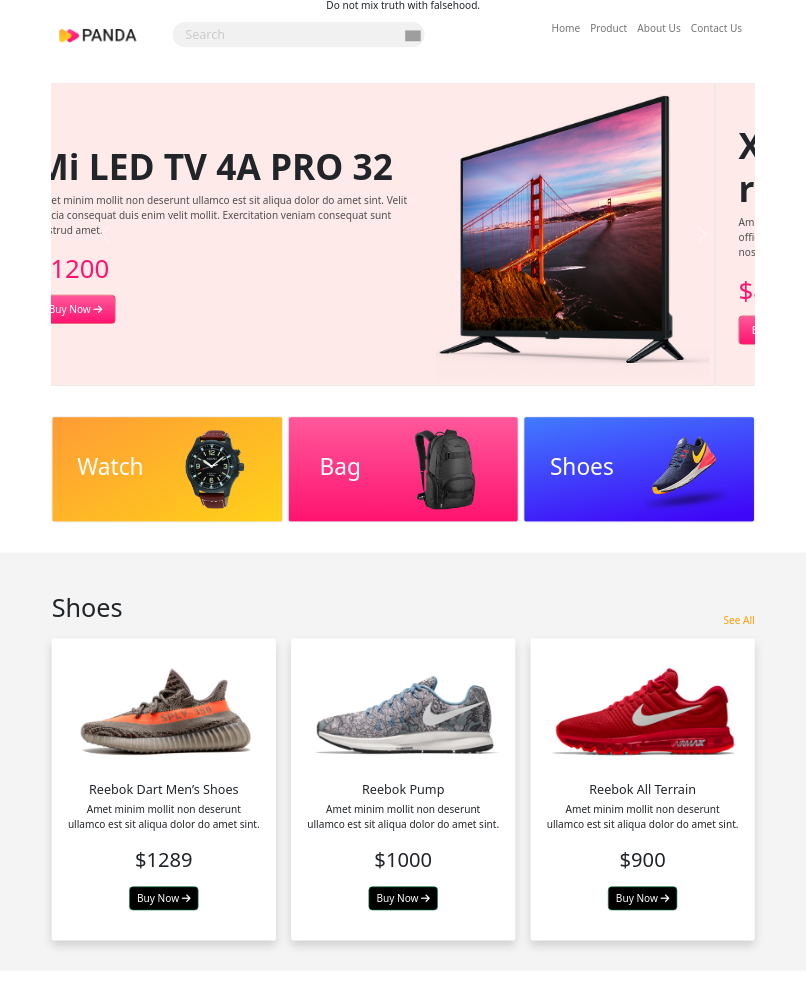
Repository: zjria/panda-e-commerce-
Page: index.html
The author's editor kept a copy of each file at every save. The page is drawn from the files as they stood at one save, then again after the next save.
The browser window is 1280 px wide. The pictures show the whole page, at 63% of full size.
Pictures or frames that could not be fetched are drawn as grey boxes.

Above is the page before, as saved 2022-10-04 10:11:43.

### index.html
<!DOCTYPE html>
<html lang="en">

<head>
    <meta charset="UTF-8">
    <meta http-equiv="X-UA-Compatible" content="IE=edge">
    <meta name="viewport" content="width=device-width, initial-scale=1.0">
    <title>Panda E-Commerce Bootstrap</title>
    <!-- Bootstrap CSS Link -->
    <link href="https://cdn.jsdelivr.net/npm/bootstrap@5.0.2/dist/css/bootstrap.min.css" rel="stylesheet"
        integrity="sha384-EVSTQN3/azprG1Anm3QDgpJLIm9Nao0Yz1ztcQTwFspd3yD65VohhpuuCOmLASjC" crossorigin="anonymous">
    <!-- Font Awesome CDN Link -->
    <link rel="stylesheet" href="https://cdnjs.cloudflare.com/ajax/libs/font-awesome/6.2.0/css/all.min.css"
        integrity="sha512-xh6O/CkQoPOWDdYTDqeRdPCVd1SpvCA9XXcUnZS2FmJNp1coAFzvtCN9BmamE+4aHK8yyUHUSCcJHgXloTyT2A=="
        crossorigin="anonymous" referrerpolicy="no-referrer" />
    <!-- Custom CSS -->
    <link rel="stylesheet" href="style.css">


</head>

<body>

    <h6 class="text-center">Do not mix truth with falsehood.</h6>

    <!-- Header Section Start -->

    <header class="container">
        <nav class="navbar navbar-expand-lg navbar-light bg-white">
            <div class="container">
                <a class="navbar-brand" href="#"> <img src="images/logo.png" class="img-fluid w-75"
                        alt="Header_logo"></a>

                <button class="navbar-toggler" type="button" data-bs-toggle="collapse"
                    data-bs-target="#navbarSupportedContent" aria-controls="navbarSupportedContent"
                    aria-expanded="false" aria-label="Toggle navigation">
                    <span class="navbar-toggler-icon"></span>
                </button>

                <form action="" class="d-flex search-bar">
                    <input type="text" placeholder="Search" name="q">
                    <button type="submit"><img class="img-fluid" src="images/search.png" alt=""></button>
                </form>


                <div class="collapse navbar-collapse pt-0" id="navbarSupportedContent">
                    <ul class="navbar-nav mb-2 mb-lg-0">
                        <li class="nav-item">
                            <a class="nav-link" href="#">Home</a>
                        </li>
                        <li class="nav-item">
                            <a class="nav-link" href="#">Product</a>
                        </li>
                        <li class="nav-item">
                            <a class="nav-link" href="#">About Us</a>
                        </li>
                        <li class="nav-item">
                            <a class="nav-link" href="#">Contact Us</a>
                        </li>
                    </ul>
                </div>
            </div>
        </nav>

        <!-- Slide Section Start -->
        <div id="carouselExampleControls" class="carousel slide mt-5" data-bs-ride="carousel">
            <div class="carousel-inner">
                <div class="carousel-item active border rounded slide-bg-color">
                    <div class="row">
                        <div class="col-lg-7 ps-5 d-flex align-items-center">
                            <div class="text-degain">
                                <h1>Mi LED TV 4A PRO 32</h1>
                                <p class="pb-2">Amet minim mollit non deserunt ullamco est sit aliqua dolor do amet
                                    sint. Velit
                                    officia
                                    consequat duis enim velit mollit. Exercitation veniam consequat sunt nostrud amet.
                                </p>
                                <h2 class="pb-2">$1200</h2>
                                <button class="btn btn-danger">Buy Now <i class="fa-solid fa-arrow-right"></i></button>
                            </div>
                        </div>
                        <div class="col-lg-5 images-fixed">
                            <img src="images/banner-images/tv.png" class="d-block w-100 p-2" alt="...">
                        </div>
                    </div>
                </div>
                <div class="carousel-item border rounded slide-bg-color">
                    <div class="row">
                        <div class="col-lg-7 ps-5 d-flex align-items-center">
                            <div class="text-degain">
                                <h1>X-Box for your living room</h1>
                                <p class="pb-2">Amet minim mollit non deserunt ullamco est sit aliqua dolor do amet
                                    sint. Velit
                                    officia
                                    consequat duis enim velit mollit. Exercitation veniam consequat sunt nostrud amet.
                                </p>
                                <h2 class="pb-2">$820</h2>
                                <button class="btn btn-danger">Buy Now <i class="fa-solid fa-arrow-right"></i></button>
                            </div>
                        </div>
                        <div class="col-lg-5 images-fixed">
                            <img src="images/banner-images/xbox.png" class="d-block w-100 p-2" alt="...">
                        </div>
                    </div>
                </div>
                <div class="carousel-item border rounded slide-bg-color">
                    <div class="row">
                        <div class="col-lg-7 ps-5 d-flex align-items-center">
                            <div class="text-degain">
                                <h1>Coll Dude Headphone</h1>
                                <p class="pb-2">Amet minim mollit non deserunt ullamco est sit aliqua dolor do amet
                                    sint. Velit
                                    officia
                                    consequat duis enim velit mollit. Exercitation veniam consequat sunt nostrud amet.
                                </p>
                                <h2 class="pb-2">$420</h2>
                                <button class="btn btn-danger">Buy Now <i class="fa-solid fa-arrow-right"></i></button>
                            </div>
                        </div>
                        <div class="col-lg-5 images-fixed">
                            <img src="images/banner-images/headphone.png" class="d-block w-100 p-2" alt="...">
                        </div>
                    </div>
                </div>
            </div>
            <button class="carousel-control-prev" type="button" data-bs-target="#carouselExampleControls"
                data-bs-slide="prev">
                <span class="carousel-control-prev-icon" aria-hidden="true"></span>
                <span class="visually-hidden">Previous</span>
            </button>
            <button class="carousel-control-next" type="button" data-bs-target="#carouselExampleControls"
                data-bs-slide="next">
                <span class="carousel-control-next-icon" aria-hidden="true"></span>
                <span class="visually-hidden">Next</span>
            </button>
        </div>
    </header>


    <!-- Main Section Start -->
    <main class="my-5">
        <div class="container">
            <div class="row g-2">
                <div class="col-12 col-md-6 col-lg-4">
                    <div class="p-3 border rounded-3 background-color-one categories d-flex justify-content-around">
                        <h3 class="text-white">Watch</h3>
                        <img src="images/categories/watch.png" alt="">
                    </div>
                </div>
                <div class="col-12 col-md-6 col-lg-4">
                    <div class="p-3 border rounded-3 background-color-tow categories d-flex justify-content-around">
                        <h3 class="text-white">Bag</h3>
                        <img src="images/categories/bag.png" alt="">
                    </div>
                </div>
                <div class="col-12 col-md-6 col-lg-4">
                    <div class="p-3 border rounded-3 background-color-three categories d-flex justify-content-around">
                        <h3 class="text-white">Shoes</h3>
                        <img src="images/categories/shoes.png" alt="">
                    </div>
                </div>
            </div>
        </div>

        <!-- Show Section Start -->
        <article class="show-bg my-5">
            <section class="container my-5 py-5">
                <div class="show-header-text d-flex">
                    <h1>Shoes</h1>
                    <p class="pt-5">See All</p>
                </div>
                <div class="row row-cols-1 row-cols-md-2 row-cols-lg-3 g-4">
                    <div class="col">
                        <div class="card h-100 border border-0 shadow p-2 mb-4 bg-body rounded">
                            <img src="images/shoes/shoe-1.png" class="card-img-top" alt="...">
                            <div class="card-body text-center">
                                <h5 class="card-title">Reebok Dart Men’s Shoes</h5>
                                <p class="card-text ">Amet minim mollit non deserunt ullamco est sit aliqua dolor do
                                    amet
                                    sint. </p>
                                <h2 class="my-4">$1289</h2>
                                <button class="btn btn-success">Buy Now <i class="fa-solid fa-arrow-right"></i></button>
                            </div>
                        </div>
                    </div>
                    <div class="col">
                        <div class="card h-100 border border-0 shadow p-2 mb-4 bg-body rounded">
                            <img src="images/shoes/shoe-2.png" class="card-img-top" alt="...">
                            <div class="card-body text-center">
                                <h5 class="card-title">Reebok Pump</h5>
                                <p class="card-text ">Amet minim mollit non deserunt ullamco est sit aliqua dolor do
                                    amet
                                    sint. </p>
                                <h2 class="my-4">$1000</h2>
                                <button class="btn btn-success">Buy Now <i class="fa-solid fa-arrow-right"></i></button>
                            </div>
                        </div>
                    </div>
                    <div class="col">
                        <div class="card h-100 border border-0 shadow p-2 mb-4 bg-body rounded">
                            <img src="images/shoes/shoe-3.png" class="card-img-top" alt="...">
                            <div class="card-body text-center">
                                <h5 class="card-title">Reebok All Terrain</h5>
                                <p class="card-text ">Amet minim mollit non deserunt ullamco est sit aliqua dolor do
                                    amet
                                    sint. </p>
                                <h2 class="my-4">$900</h2>
                                <button class="btn btn-success">Buy Now <i class="fa-solid fa-arrow-right"></i></button>
                            </div>
                        </div>
                    </div>



                </div>
            </section>
        </article>

    </main>




    <!-- Bootstrap JavaScript Link -->
    <script src="https://cdn.jsdelivr.net/npm/bootstrap@5.0.2/dist/js/bootstrap.bundle.min.js"
        integrity="sha384-MrcW6ZMFYlzcLA8Nl+NtUVF0sA7MsXsP1UyJoMp4YLEuNSfAP+JcXn/tWtIaxVXM" crossorigin="anonymous">
    </script>
</body>

</html>

### style.css
.search-bar {
    width: 100%;
    max-width: 400px;
    height: 40px;
    background: #F1F1F1;
    border-radius: 66px;

}

.search-bar input {
    background: transparent;
    flex: 1;
    border: 0;
    outline: none;
    padding: 12px 20px;
    font-size: 20px;

}

::placeholder {
    color: #CCCCCC;
}

.search-bar button {
    background: transparent;
    border: 0;
    outline: none;
}

.search-bar button img {
    width: 25px;
    color: #CCCCCC;
}

div#navbarSupportedContent {
    margin-top: -20px;
    text-align: end;
    justify-content: end;
}

.slide-bg-color {
    background: #FEEAE9;
}

.text-degain p {
    color: #4E4E4E;
}

.text-degain>h1 {
    font-weight: 700;
    font-size: 56px;
}

.text-degain>h2 {
    font-weight: 500;
    font-size: 41px;
    color: #FF136F;
}

.text-degain button {
    background: linear-gradient(180deg, #FF589B -0.01%, #FF136F 99.99%);
    border-radius: 6px;
    padding: 10px 20px;
}

.background-color-one {
    background: linear-gradient(152.07deg, #FF9C35 1.47%, #FFD019 97.17%);
    align-items: center;
}

.background-color-tow {
    background: linear-gradient(180deg, #FF589B -0.01%, #FF136F 99.99%);
    align-items: center;
}

.background-color-three {
    background: linear-gradient(170.41deg, #4289FF -10.89%, #3F07F8 92.77%);
    align-items: center;
}

.categories h3 {
    font-weight: 500;
    font-size: 36px;
}

.categories img {
    width: 40%;
}

.show-bg {
    background: #F4F4F4;
}

.show-header-text {
    justify-content: space-between;
    align-items: center;
    text-align: center;
}

.show-header-text p {
    color: #FF9D00;
}

.show-bg button {
    background: #000000;
    border-radius: 6px;
}

After the next save:
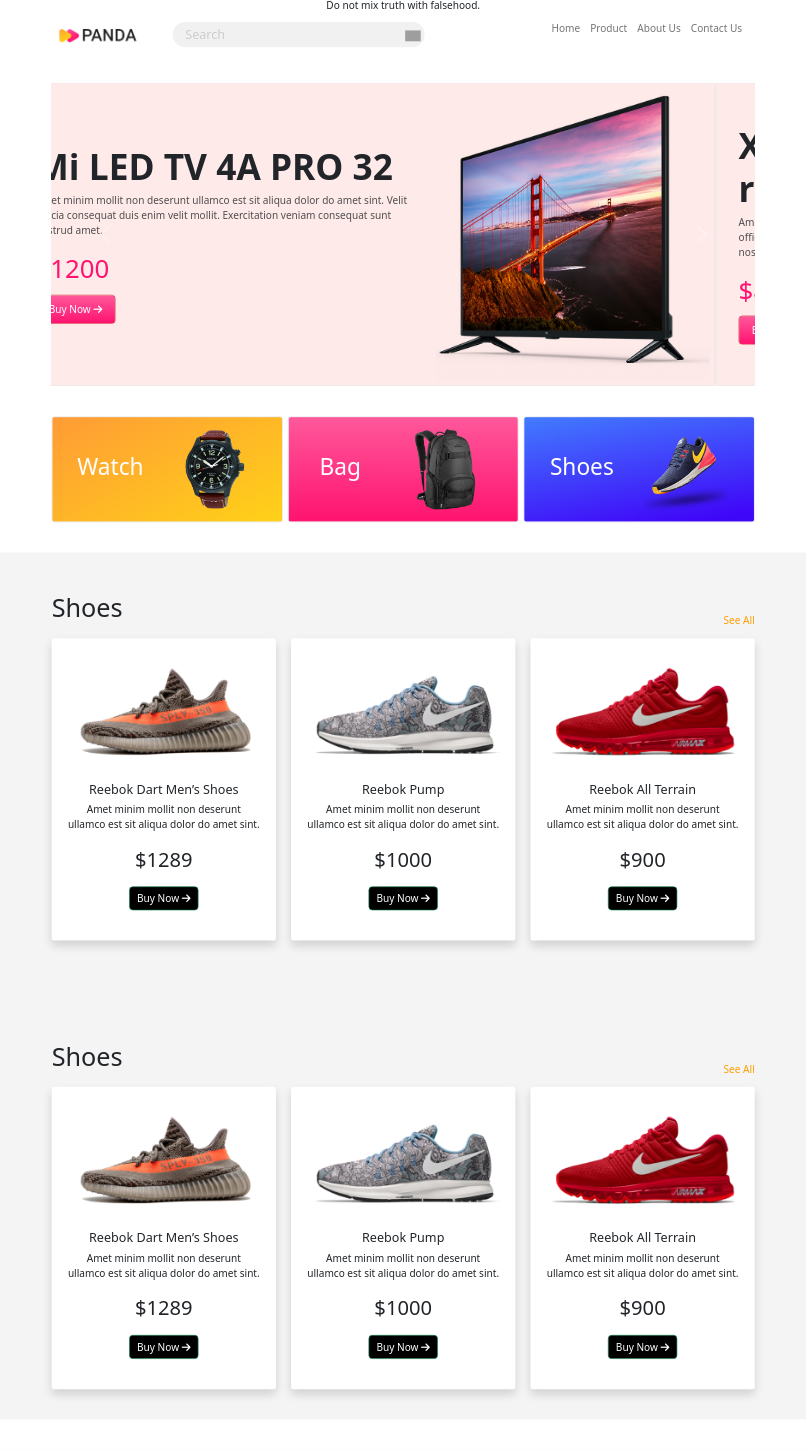
Saved 82 s later.
--- a/index.html
+++ b/index.html
@@ -214,6 +214,58 @@
 
                 </div>
             </section>
+
+            <!-- Bag Section Start -->
+            <section class="container my-5 py-5">
+                <div class="show-header-text d-flex">
+                    <h1>Shoes</h1>
+                    <p class="pt-5">See All</p>
+                </div>
+                <div class="row row-cols-1 row-cols-md-2 row-cols-lg-3 g-4">
+                    <div class="col">
+                        <div class="card h-100 border border-0 shadow p-2 mb-4 bg-body rounded">
+                            <img src="images/shoes/shoe-1.png" class="card-img-top" alt="...">
+                            <div class="card-body text-center">
+                                <h5 class="card-title">Reebok Dart Men’s Shoes</h5>
+                                <p class="card-text ">Amet minim mollit non deserunt ullamco est sit aliqua dolor do
+                                    amet
+                                    sint. </p>
+                                <h2 class="my-4">$1289</h2>
+                                <button class="btn btn-success">Buy Now <i class="fa-solid fa-arrow-right"></i></button>
+                            </div>
+                        </div>
+                    </div>
+                    <div class="col">
+                        <div class="card h-100 border border-0 shadow p-2 mb-4 bg-body rounded">
+                            <img src="images/shoes/shoe-2.png" class="card-img-top" alt="...">
+                            <div class="card-body text-center">
+                                <h5 class="card-title">Reebok Pump</h5>
+                                <p class="card-text ">Amet minim mollit non deserunt ullamco est sit aliqua dolor do
+                                    amet
+                                    sint. </p>
+                                <h2 class="my-4">$1000</h2>
+                                <button class="btn btn-success">Buy Now <i class="fa-solid fa-arrow-right"></i></button>
+                            </div>
+                        </div>
+                    </div>
+                    <div class="col">
+                        <div class="card h-100 border border-0 shadow p-2 mb-4 bg-body rounded">
+                            <img src="images/shoes/shoe-3.png" class="card-img-top" alt="...">
+                            <div class="card-body text-center">
+                                <h5 class="card-title">Reebok All Terrain</h5>
+                                <p class="card-text ">Amet minim mollit non deserunt ullamco est sit aliqua dolor do
+                                    amet
+                                    sint. </p>
+                                <h2 class="my-4">$900</h2>
+                                <button class="btn btn-success">Buy Now <i class="fa-solid fa-arrow-right"></i></button>
+                            </div>
+                        </div>
+                    </div>
+
+
+
+                </div>
+            </section>
         </article>
 
     </main>
